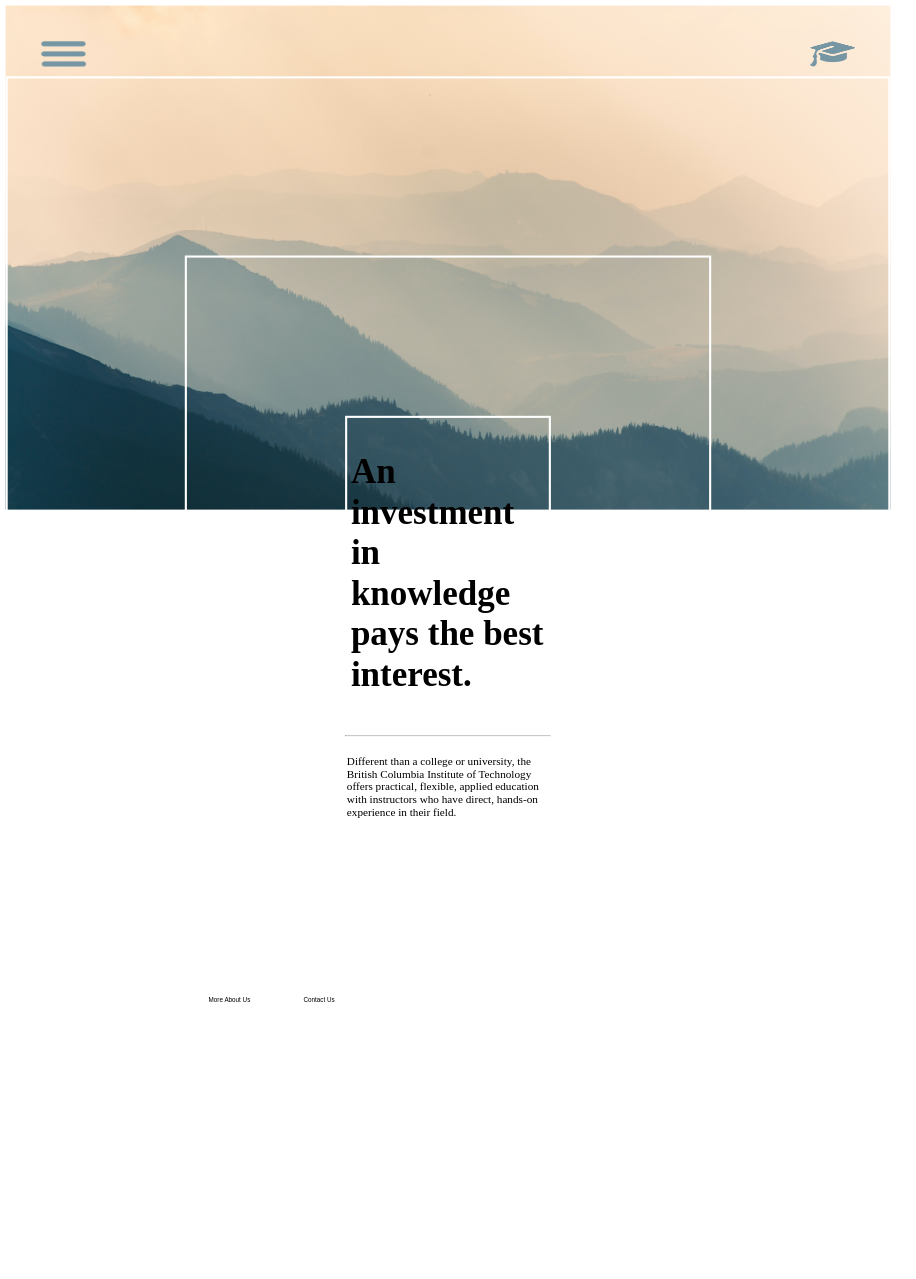
Repository: sierralaurent/MDIA2109-Assignment01
Page: /
The author's editor kept a copy of each file at every save. The page is drawn from the files as they stood at one save, then again after the next save.
The browser window is 1280 px wide. The page is 1309 px wide, so the pictures cover 1309 px, including what lies to the right of the window. The pictures show the whole page, at 70% of full size.
The project was rebuilt for these pictures with package versions that can differ from the ones it lists, and the page was loaded fresh each time. The framework's server and built-in components were replaced by stand-ins that run in the browser. Also part of the build but not shown: next.config.js.

Above is the page before, as saved 2023-02-05 12:39:31.

### pages/index.js
import Head from 'next/head'
import Image from 'next/image'
import { Inter } from '@next/font/google'
import styles from '@/styles/Home.module.css'
import Link from 'next/link'


const inter = Inter({ subsets: ['latin'] })

export default function Home() {
  return (
    <>
    <nav>
      <Head>
        <title>Home</title>
        <meta name="author" content="MDIA 2109" />
        <meta property="og:title" content="Assignment #1 - Home Page" />
        <meta property="og:description" content="BCIT Digital Design and Development Diploma" />
        <link rel="icon" href="/favicon.png" />
        </Head>
        <main className={styles.main} >
          <div className={styles.nav}>
            <img src="icons/menu-icon.png" className={styles.icon1}/>
            <img src="icons/graduation-hat.png" className={styles.icon2}/>
          </div>
          <div className={styles.middle}>
            <div className={styles.middleintro}>
            <div className={styles.intro}>
            <h1>An investment in knowledge pays the best interest.</h1>
            </div>
            <hr></hr>
            <div className={styles.intro2}>
            <p>Different than a college or university, the British Columbia Institute of Technology offers practical, flexible, applied education with instructors who have direct, hands-on experience in their field.</p>
            </div>
            </div>

            <div className={styles.buttons}>
            <Link href="/about">
          <button className={styles.butt}>More About Us</button>
        </Link>
        <Link href="/contact">
        <button className={styles.butt}>Contact Us</button>
        </Link>
            </div>
            </div>
          <div className={styles.bottom}>
            <a href="/about">
              <span className={styles.icon3}>
                <img src="icons/downwardArrow.png"/>
              </span>
            </a>
          </div>
        </main>
    </nav>
    </>
  )
}

### styles/Home.module.css
.main {
  background-image: url('../public/background-images/backgroundMountain.jpg');
  background-size: cover;
  height: 100vh;
}

.nav {
  padding: 4%;
}

.buttons {

  bottom: 6rem;
  left: 1rem;
}

.butt {
  border: 3px solid white;
  border-radius: 8%;
  background-color: transparent;
  width: 10vw;
  height: 2.5vh;
  max-width: 15vw;
  max-height: 5vh;
  font-size: 1.25vh;

}

.butt:hover {
  background-color: white;
  color: black;
}

.intro {
  display: flex;
  border: 3px solid white;

}

.intro2 {
  display: flex;
  justify-content: left;
  flex-direction: row;
  border: 3px solid white;

}

.intro h1 {
  font-size: 50px;
  padding: 2%;
  flex-direction: row;
}
.intro p {
  font-size: 22px;
  padding: 2%;
  flex-direction: row;
}

.middleintro {
  border: 3px solid white;
  padding: 30%;
}

.middle {
  border: 3px solid white;
  display: flex;
  flex-direction: column;
  justify-content: left;
  align-items: left;
  padding: 20%;
}

.icon1 {
  width: 5vw;
  height: 5vh;
  float: left;
}

.icon2 {
  width: 5vw;
  height: 5vh;
  float: right;
}

.icon3 {
  width: 5vw;
  height: 5vh;
  float: right;
}

.bottom {

  bottom: 10rem;
  right: 5rem;
}

/* Desktop */
@media only screen and (min-width: 1000px) {

}


/* Tablet or iPad Air */
@media only screen and (min-width: 600px) and (max-width: 999px ) {

}

/* Mobile or iPhone XR */
@media only screen and (max-width: 599px ) {

}

Loaded but not shown: pages/_document.js (common file)

After the next save:
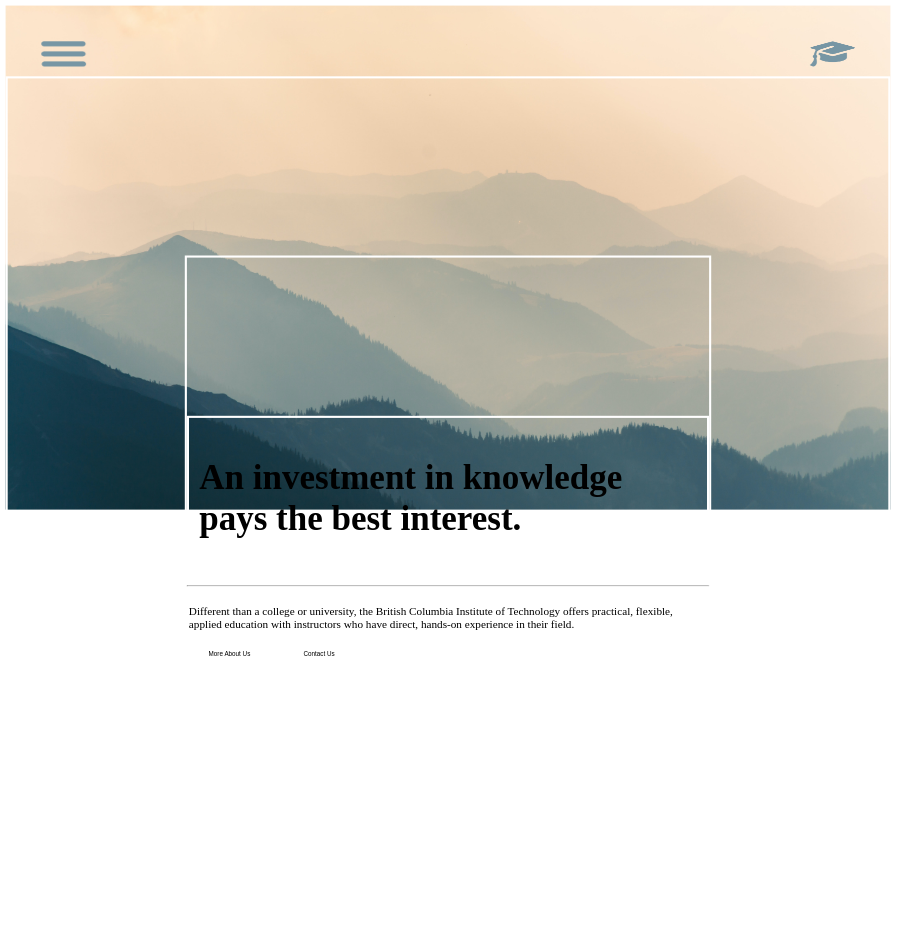
Saved 10 s later.
--- a/styles/Home.module.css
+++ b/styles/Home.module.css
@@ -58,7 +58,7 @@
 
 .middleintro {
   border: 3px solid white;
-  padding: 30%;
+  padding-top: 30%;
 }
 
 .middle {
